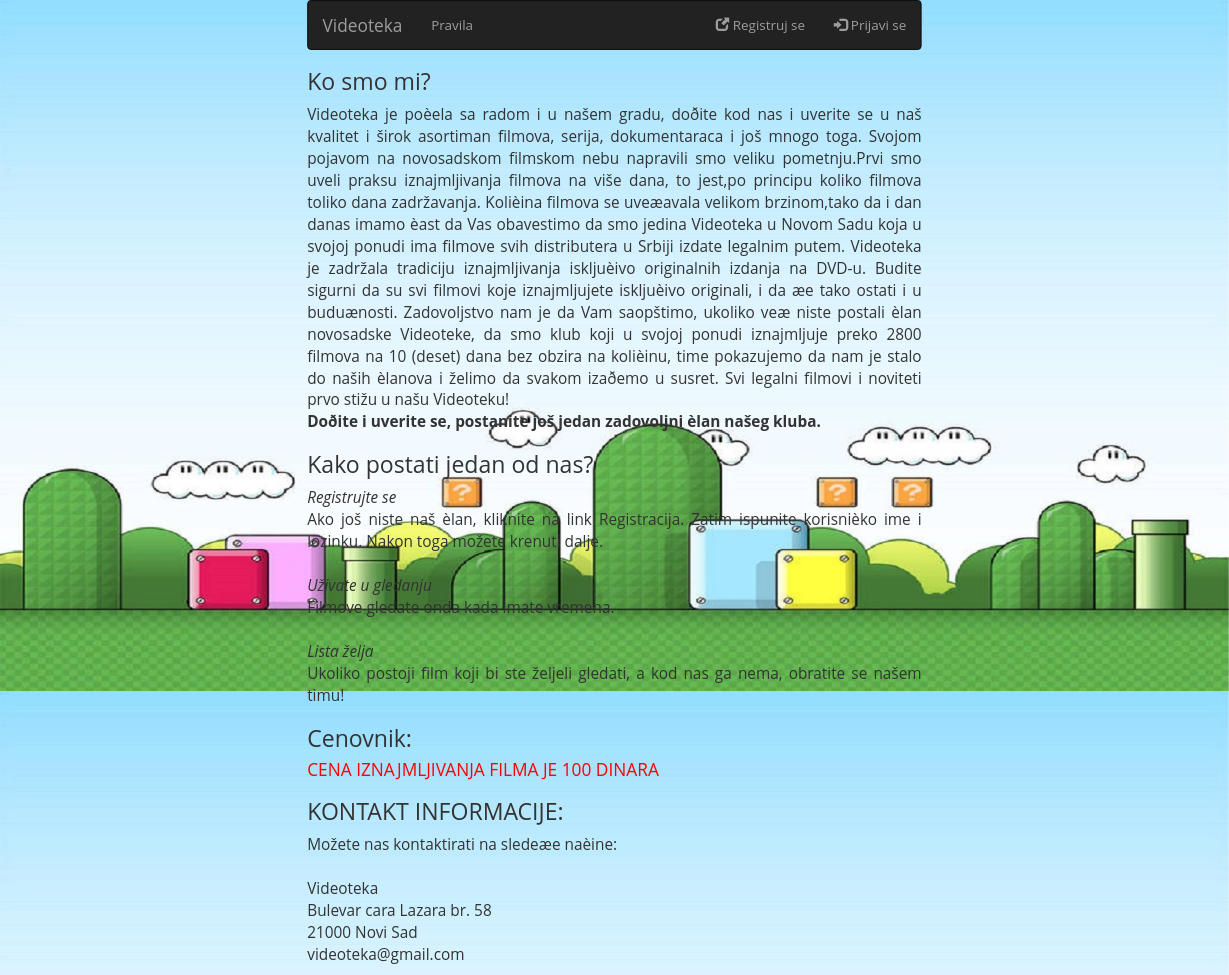
Repository: KristijanPetkovic/java-applet-video-library
Page: Projekti/www.videoteka.com/WebContent/pravila.html
An editor plug-in stored every save of this project. The page is shown before and after the next save, followed by the edit.
The browser window is 1280 px wide. The pictures show the whole page, at 96% of full size.
Backgrounds fixed to the window are drawn as part of the page.

Above is the page before, as saved 2019-01-12 19:37:09.

### Projekti/www.videoteka.com/WebContent/pravila.html
<html>
	<head>
	<meta http-equiv="content-type" content="text/html">
<meta name="viewport" content="width=device-width, initial-scale=1">
<link rel="stylesheet"
	href="https://maxcdn.bootstrapcdn.com/bootstrap/3.3.7/css/bootstrap.min.css">
<script
	src="https://ajax.googleapis.com/ajax/libs/jquery/3.3.1/jquery.min.js"></script>
<script
	src="https://maxcdn.bootstrapcdn.com/bootstrap/3.3.7/js/bootstrap.min.js"></script>
		<title>Pravila</title>
		<style>
			body{
				background: url(./slike/poz3.jpg) no-repeat center center fixed;
				-webkit-background-size: cover;
				-moz-background-size: cover;
				-o-background-size: cover;
				background-size: cover;
				font-family: 'Open Sans', sans-serif;
				text-align: justify;
				margin-left:25%;
				margin-right:25%;
			}
			h4{
				color: red;
			}
			p{
				font-size:16px;
			}
		</style>
	</head>
	<body>
	<nav class="navbar navbar-inverse">
	<div class="container-fluid">
	<div class="navbar-header">
<a class="navbar-brand" href="PocetnaServlet">Videoteka</a>
</div>
<ul class="nav navbar-nav navbar-left">
<li><a href="/www.videoteka.com/pravila.html">Pravila</a></li></ul>
<ul class="nav navbar-nav navbar-right">
<li><a href="/www.videoteka.com/noviKorisnik.html"><span class="glyphicon glyphicon-new-window"></span> Registruj se</a></li>
<li><a href="/www.videoteka.com/login.html"><span class="glyphicon glyphicon-log-in"></span> Prijavi se</a></li>
</ul>
</div></nav>







		<h3>Ko smo mi?</h3>
<p>
	Videoteka je poèela sa radom i u našem gradu, doðite kod nas i uverite se u naš kvalitet i širok asortiman filmova, serija, dokumentaraca i još mnogo toga.
	Svojom pojavom na novosadskom filmskom nebu napravili smo veliku pometnju.Prvi smo uveli praksu iznajmljivanja filmova na više dana, to jest,po principu koliko filmova toliko dana zadržavanja.
	Kolièina filmova se uveæavala velikom brzinom,tako da i dan danas imamo èast da Vas obavestimo da smo jedina Videoteka u Novom Sadu koja u svojoj ponudi ima filmove svih distributera u Srbiji izdate legalnim putem.
	Videoteka je zadržala tradiciju iznajmljivanja iskljuèivo originalnih izdanja na DVD-u.
	Budite sigurni da su svi filmovi koje iznajmljujete iskljuèivo originali, i da æe tako ostati i u buduænosti.
	Zadovoljstvo nam je da Vam saopštimo, ukoliko veæ niste postali èlan novosadske Videoteke, da smo klub koji u svojoj ponudi iznajmljuje preko 2800 filmova na 10 (deset) dana bez obzira na kolièinu,
	time pokazujemo da nam je stalo do naših èlanova i želimo da svakom izaðemo u susret.
	Svi legalni filmovi i noviteti prvo stižu u našu Videoteku!<br>
	<b>Doðite i uverite se, postanite još jedan zadovoljni èlan našeg kluba.</b>

</p>

	<h3>Kako postati jedan od nas?</h3>
<p>
	<i>Registrujte se</i><br>
	Ako još niste naš èlan, kliknite na link Registracija. Zatim ispunite korisnièko ime i lozinku. Nakon toga možete krenuti dalje.<br>
	<br>

	<i> Uživate u gledanju</i><br>
	Filmove gledate onda kada imate vremena.<br>

	 <br>
	<i>Lista želja </i><br>
	Ukoliko postoji film koji bi ste željeli gledati, a kod nas ga nema, obratite se našem timu!
</p>
	<h3>Cenovnik:</h3>

			<h4>CENA IZNAJMLJIVANJA FILMA JE 100 DINARA</h4>

	<h3>KONTAKT INFORMACIJE:</h3>
		<p>
			Možete nas kontaktirati na sledeæe naèine:<br>
			<br>
			Videoteka<br>
			Bulevar cara Lazara br. 58<br>
			21000 Novi Sad<br>
			videoteka@gmail.com<br>
		</p>
	</body>
</html>

After the next save:
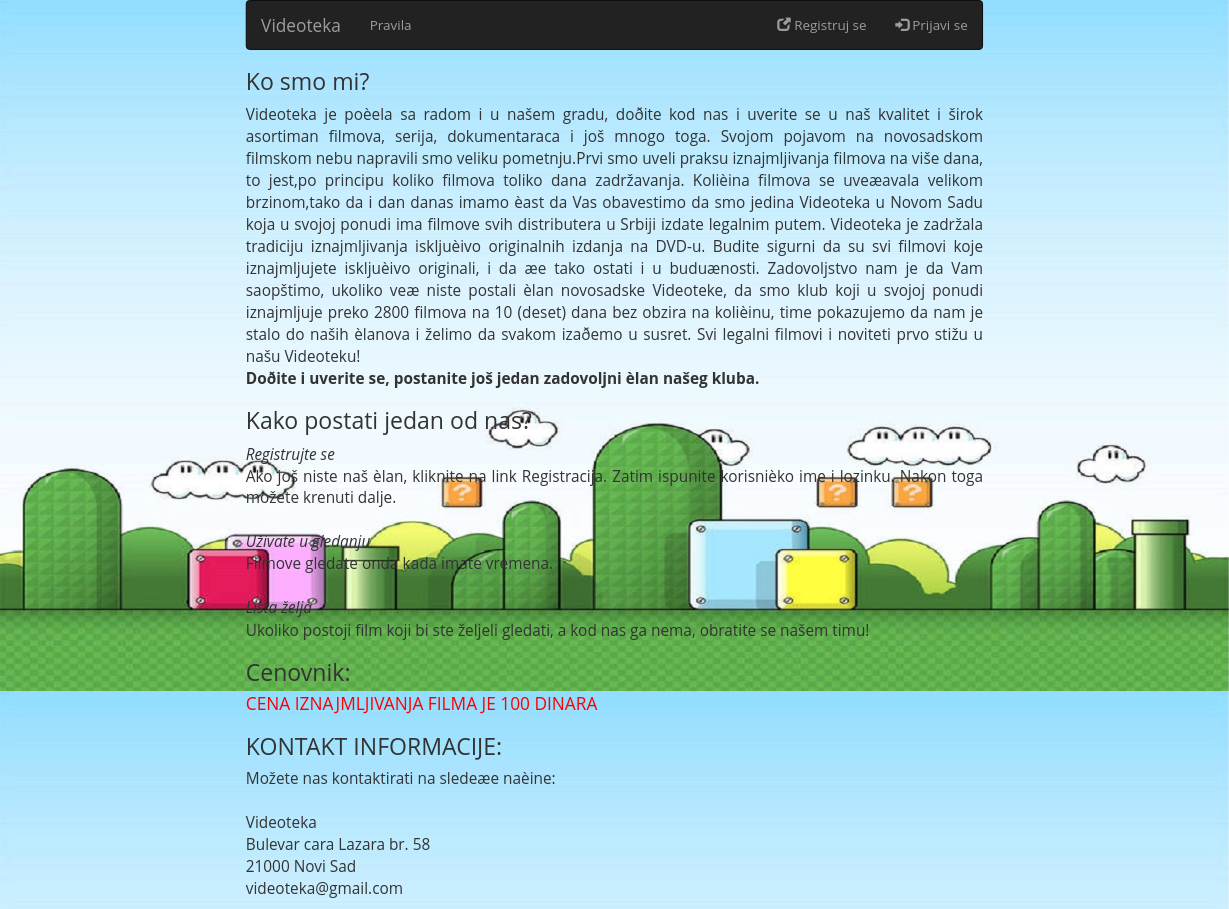
Saved 20 s later.
--- a/Projekti/www.videoteka.com/WebContent/pravila.html
+++ b/Projekti/www.videoteka.com/WebContent/pravila.html
@@ -18,8 +18,8 @@
 				background-size: cover;
 				font-family: 'Open Sans', sans-serif;
 				text-align: justify;
-				margin-left:25%;
-				margin-right:25%;
+				margin-left:20%;
+				margin-right:20%;
 			}
 			h4{
 				color: red;
